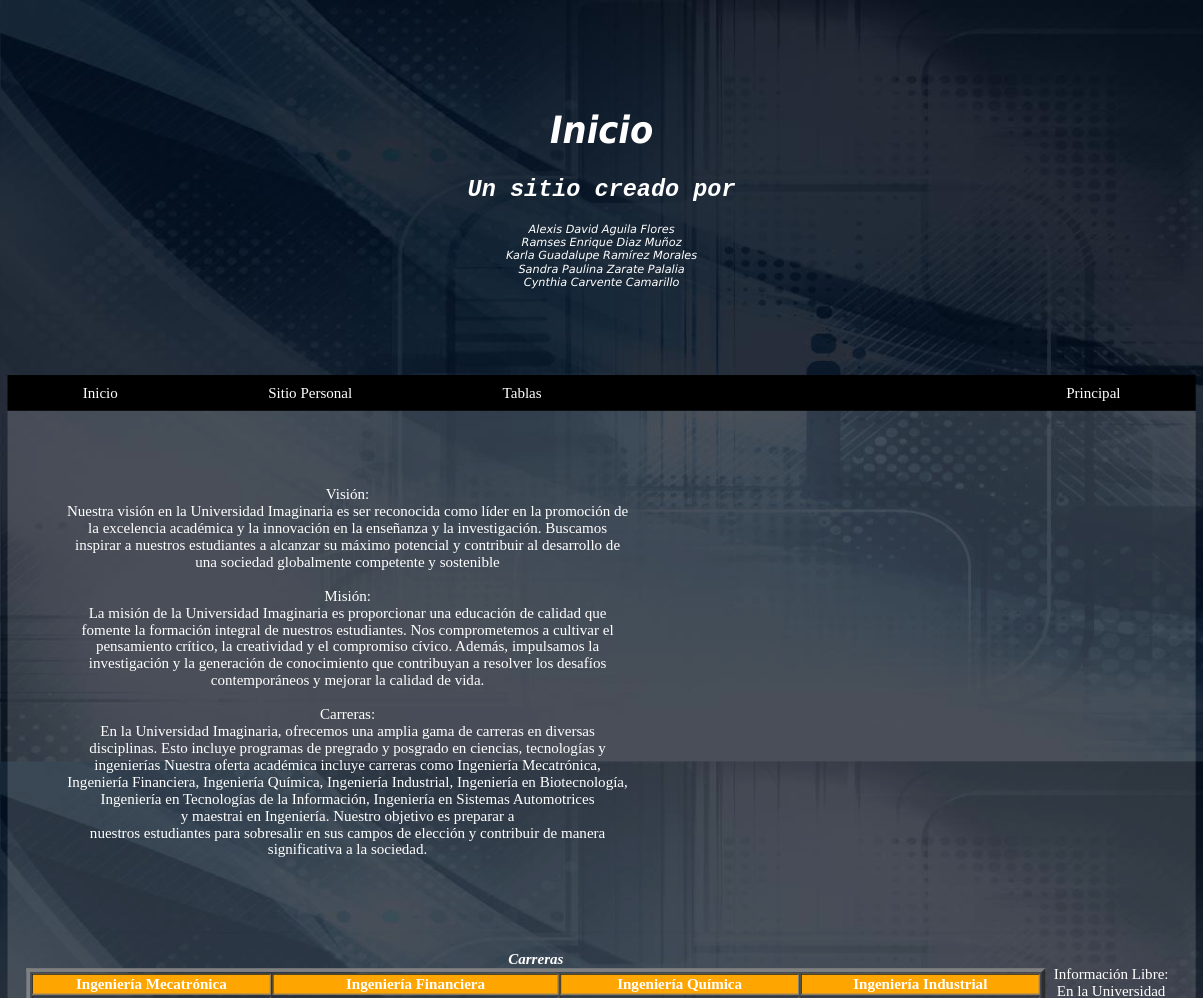
Repository: Dogueen/miniProyectoUniversidad
Page: miniProyecto/pages/inicio.html
These files come from the project's save history. The page is drawn as it stood at one moment and after the next save; the edit follows.
The browser window is 1280 px wide. The pictures show the part of the page from y = 0 to 1062 px (the page is 1738 px tall before and 2184 px after), at 94% of full size.
Pictures or frames that could not be fetched are drawn as grey boxes.

Above is the page before, as saved 2023-10-31 11:56:01.

After the next save:
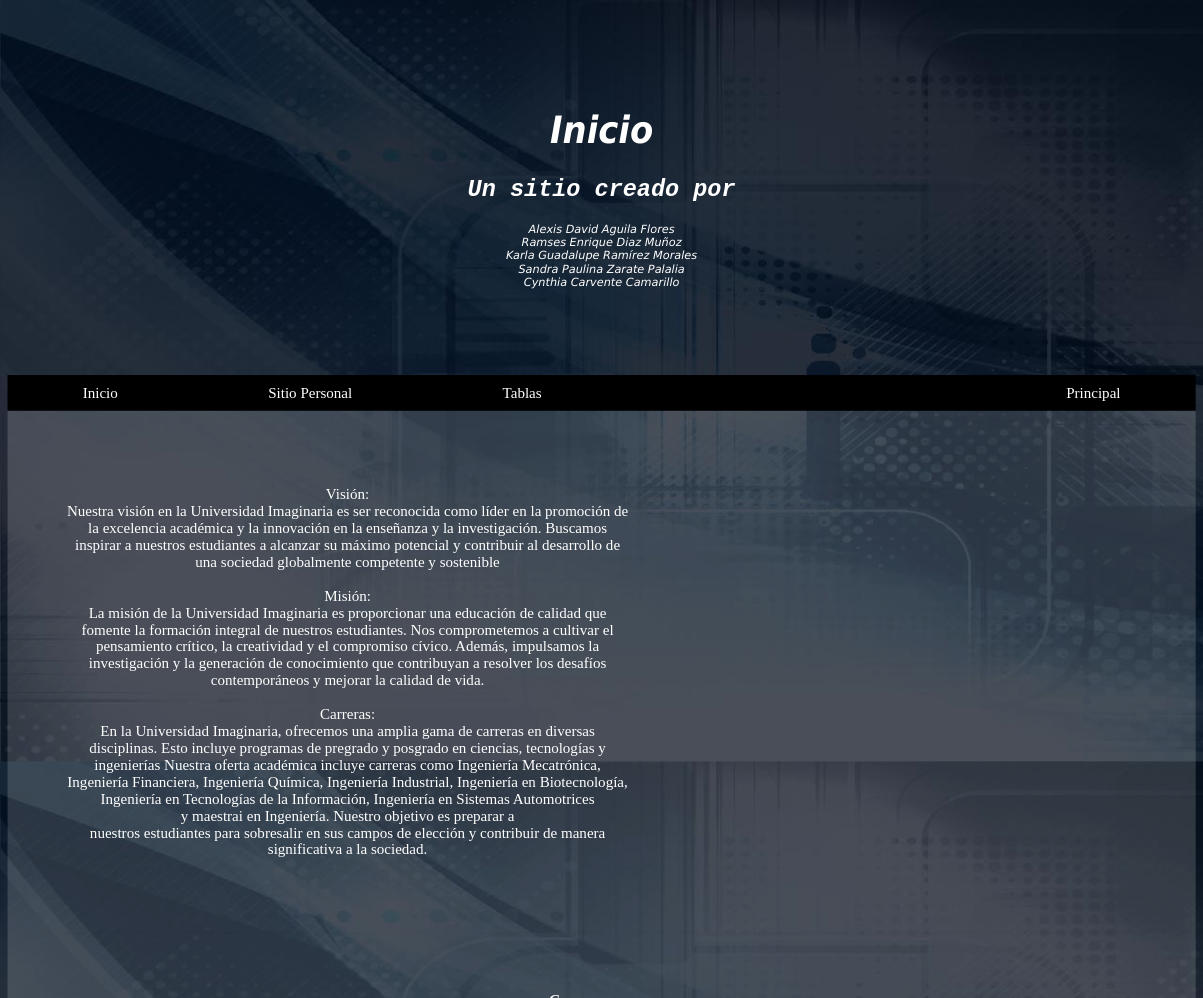
Saved 6 s later.
--- a/miniProyecto/styles/inicio.css
+++ b/miniProyecto/styles/inicio.css
@@ -58,7 +58,7 @@ body {
     flex-wrap: wrap-reverse;
 }
 
-.side {padding: 5% 5%;
+.side {
     display:flex;
     background-color: #f1f1f12a;
     padding: 5% 5%;
@@ -68,7 +68,7 @@ body {
 .main {
     display:flex;
     background-color: #f1f1f12a;
-    padding: 20px;
+    padding: 5% 5%;
     text-align: right;
 }
 
